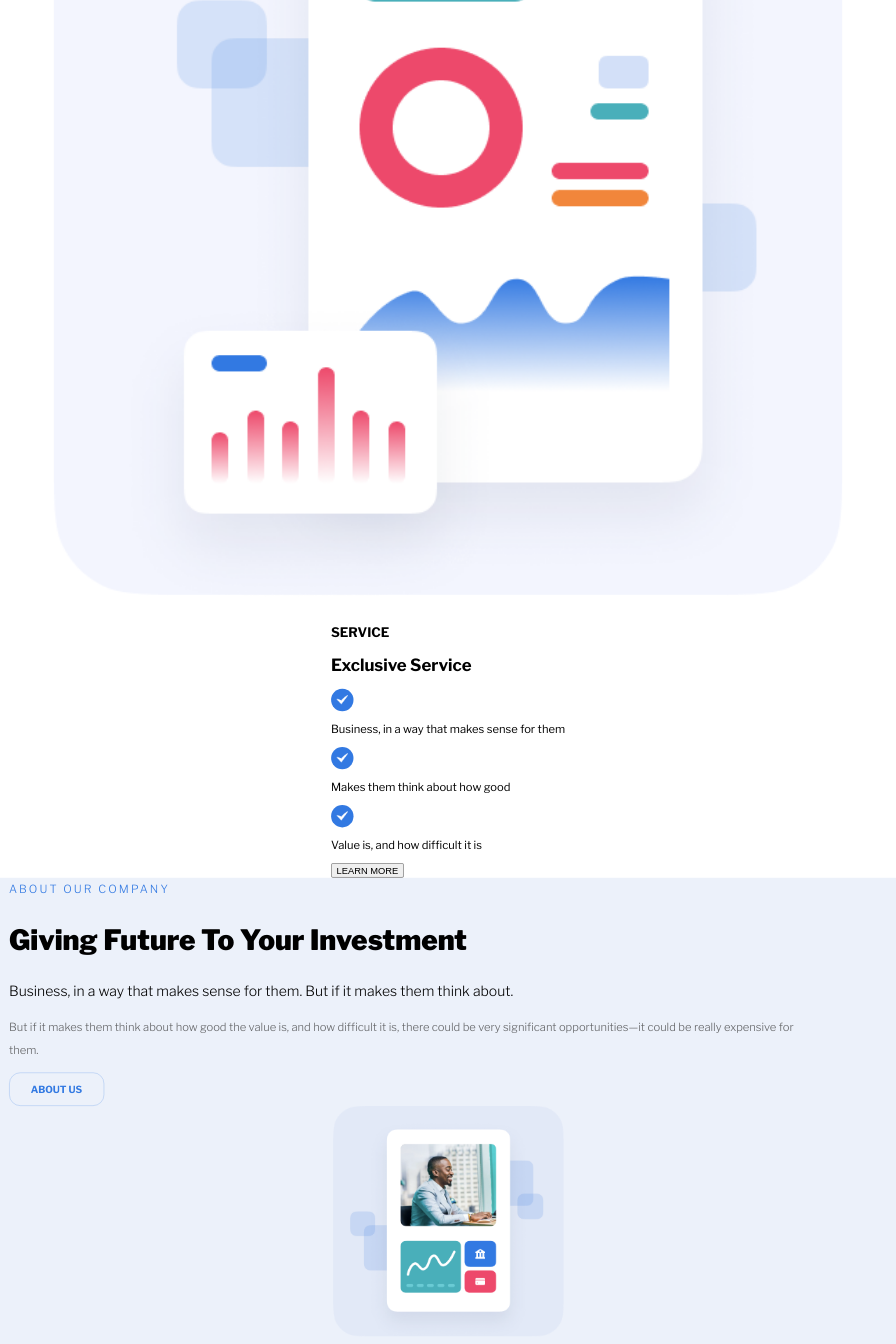
Repository: adryelfelipe/frontend-prova
Page: prova-figma/Prova/index.html
These files come from the project's save history. The page is drawn as it stood at one moment and after the next save; the edit follows.
The browser window is 1280 px wide. The pictures show the part of the page from y = 1920 to 3840 px (the page is 3840 px tall before and 3823 px after), at 70% of full size.

Above is the page before, as saved 2026-06-22 19:13:46.

After the next save:
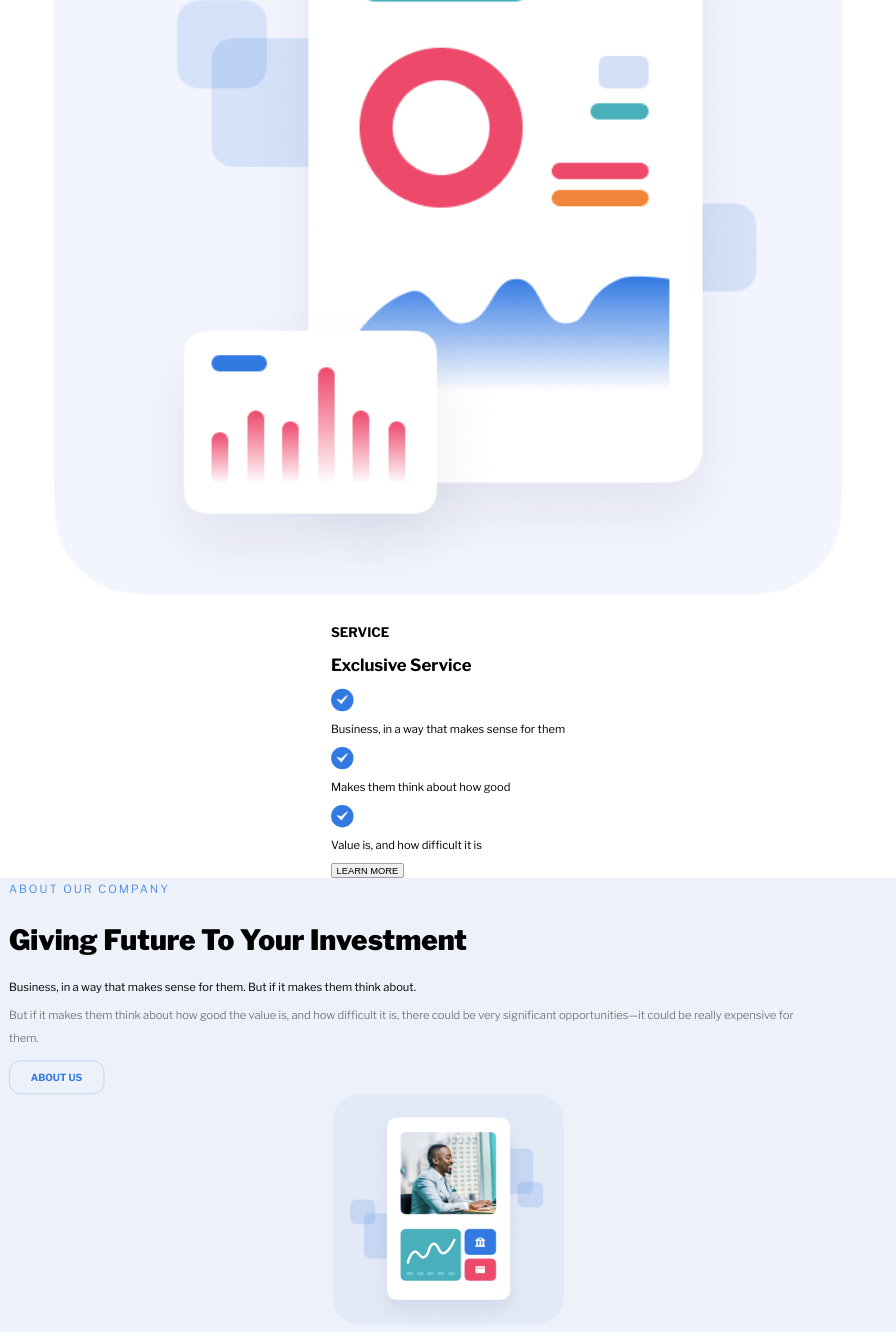
Saved 4 min 53 s later.
--- a/prova-figma/Prova/style/style.css
+++ b/prova-figma/Prova/style/style.css
@@ -186,12 +186,7 @@ header h2 {
 }
 
 .company-paragraph{
-    font-family: Libre Franklin;
-    font-weight: 300;
-    font-size: 20px;
-    line-height: 32px;
-    letter-spacing: 0px;
-    width: 90%;
+
 }
 
 .company-button{
